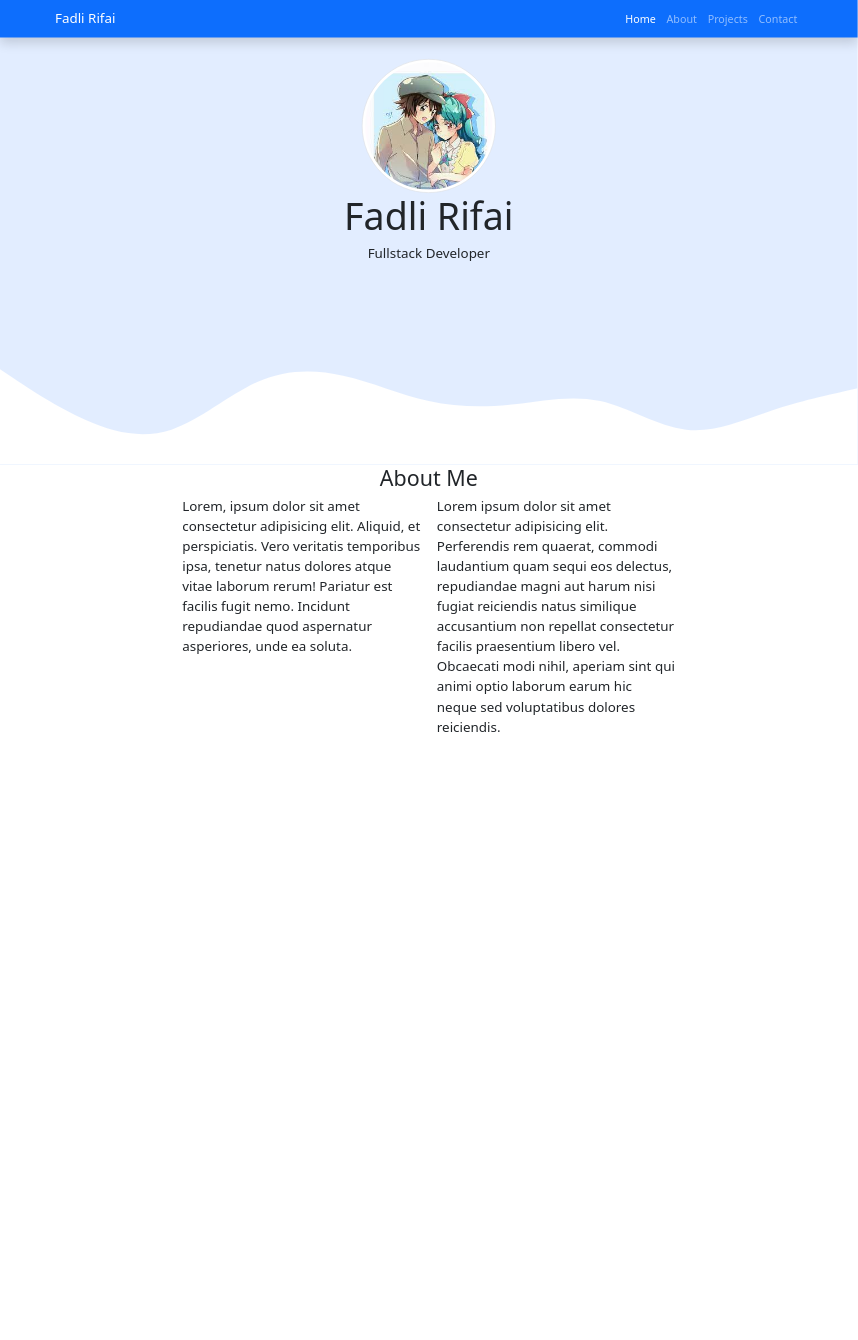
Repository: fadlyyy/fadli-dev.github.io
Page: index.html
An editor plug-in stored every save of this project. The page is shown before and after the next save, followed by the edit.
The browser window is 1280 px wide. The pictures show the whole page, at 67% of full size.

Above is the page before, as saved 2024-01-19 10:40:23.

After the next save:
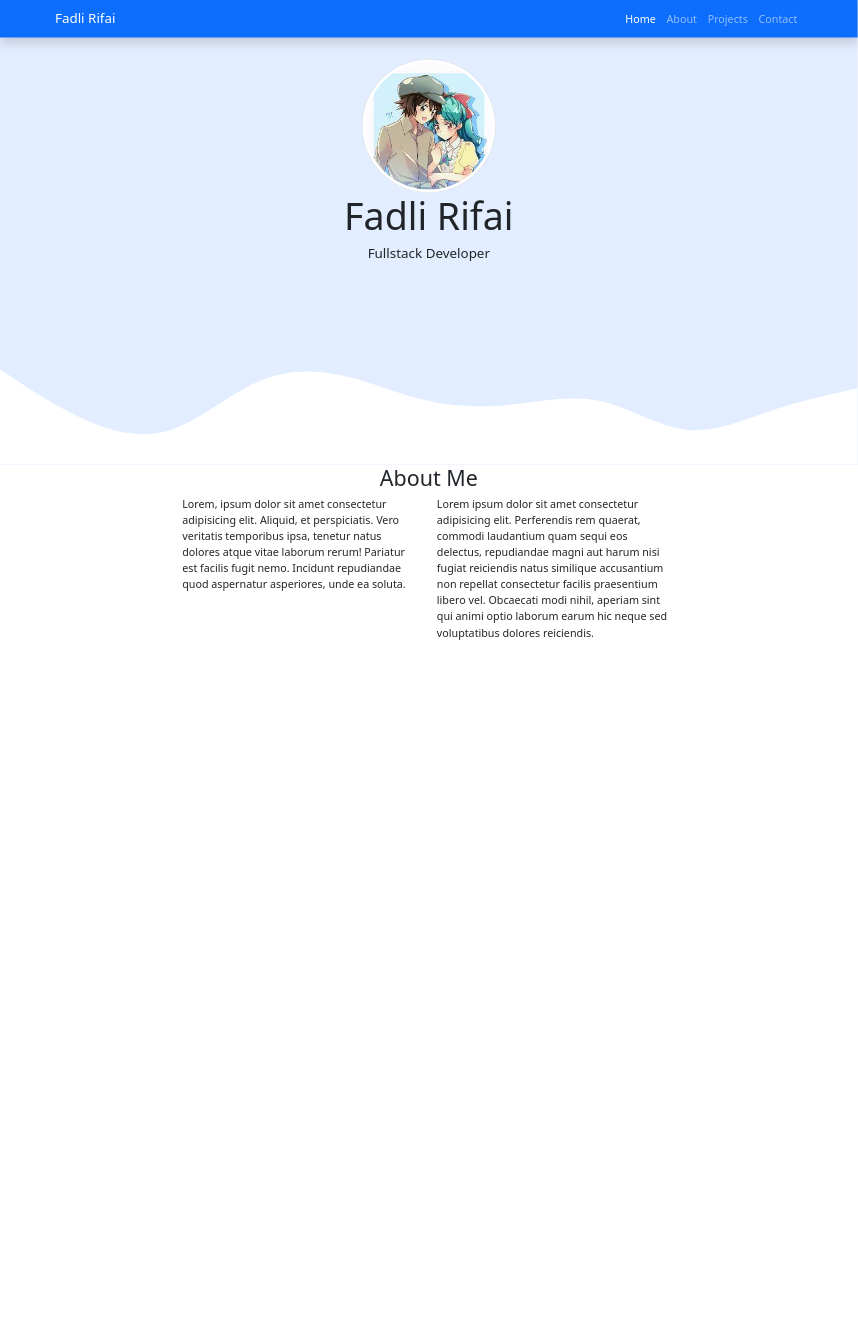
Saved 8 s later.
--- a/index.html
+++ b/index.html
@@ -58,7 +58,7 @@
             <h2>About Me</h2>
           </div>
         </div>
-        <div class="row justify-content-center fs-5">
+        <div class="row justify-content-center fs-6">
           <div class="col-4">
             <p>
               Lorem, ipsum dolor sit amet consectetur adipisicing elit. Aliquid, et perspiciatis. Vero veritatis temporibus ipsa, tenetur natus dolores atque vitae laborum rerum! Pariatur est facilis fugit nemo. Incidunt repudiandae quod

After the 2 saves that followed:
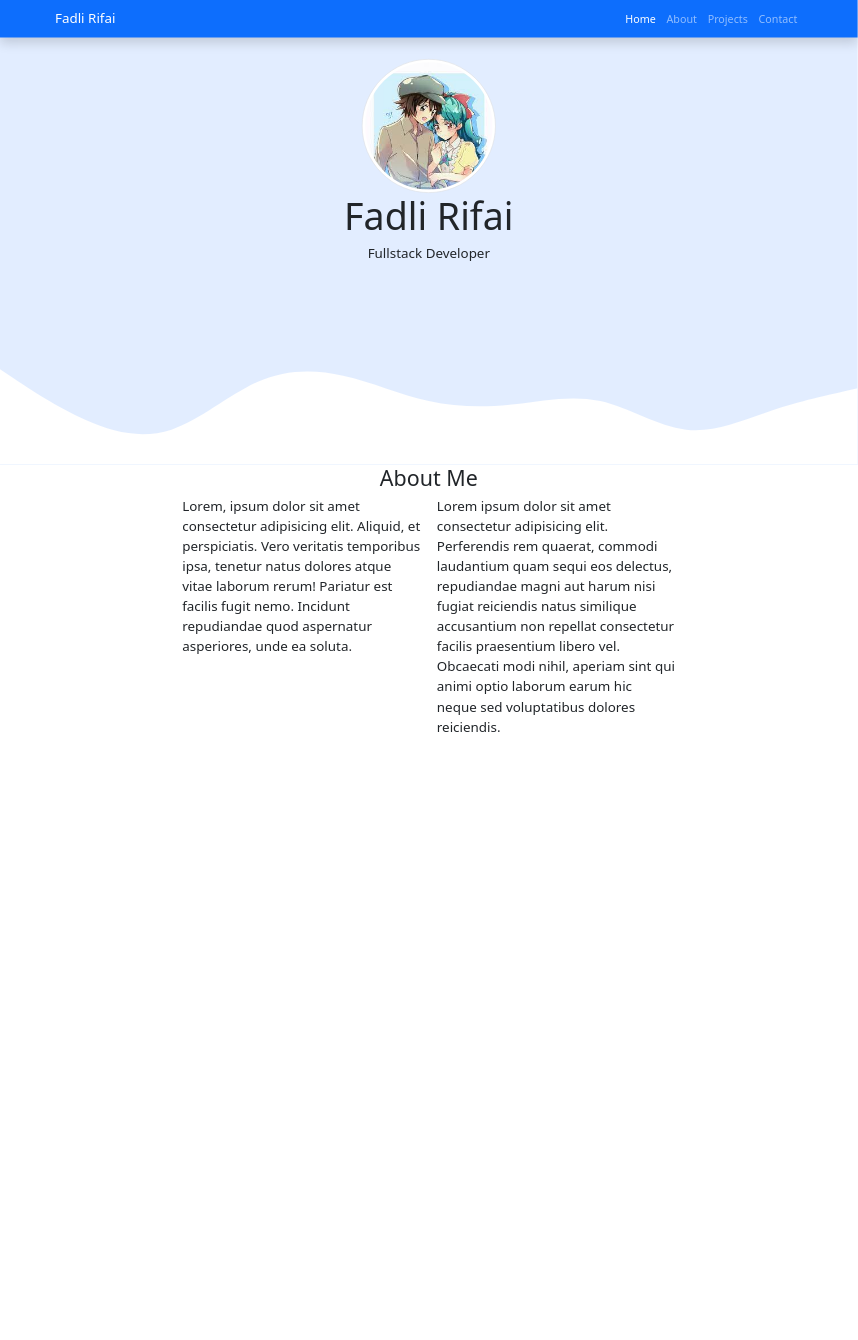
The 2 saves are shown as one change because 1 left the picture as it was.
The last was saved 13 s later.
--- a/index.html
+++ b/index.html
@@ -58,7 +58,7 @@
             <h2>About Me</h2>
           </div>
         </div>
-        <div class="row justify-content-center fs-6">
+        <div class="row justify-content-center fs-5">
           <div class="col-4">
             <p>
               Lorem, ipsum dolor sit amet consectetur adipisicing elit. Aliquid, et perspiciatis. Vero veritatis temporibus ipsa, tenetur natus dolores atque vitae laborum rerum! Pariatur est facilis fugit nemo. Incidunt repudiandae quod
